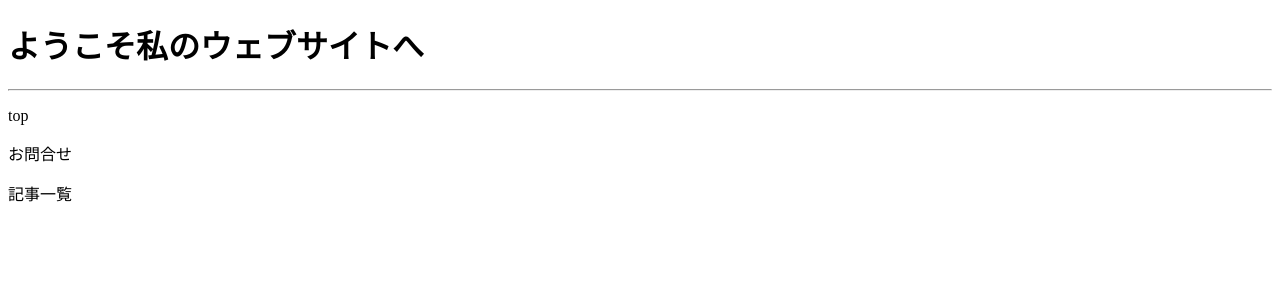
Repository: Jutta197/frontend726
Page: index.html
The author's editor kept a copy of each file at every save. The page is drawn from the files as they stood at one save, then again after the next save.
The browser window is 1280 px wide. The pictures show the whole page.

Above is the page before, as saved 2023-07-27 10:37:45.

After the next save:
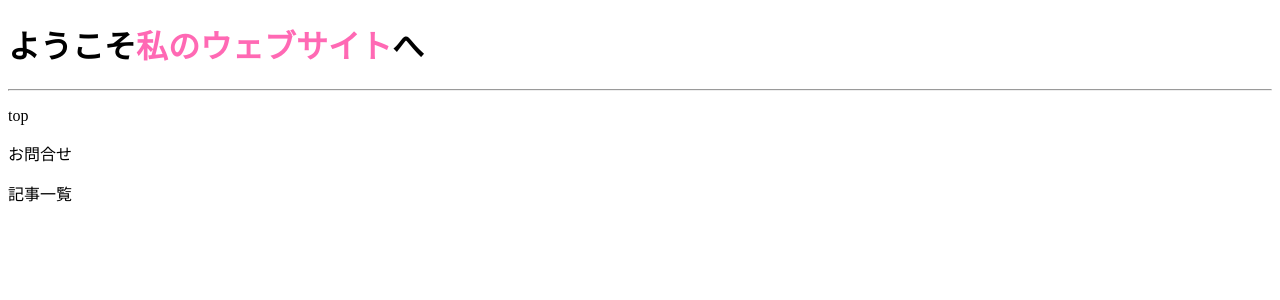
Saved 4 min 47 s later.
--- a/index.html
+++ b/index.html
@@ -9,7 +9,7 @@
 </head>
 
 <body>
-    <h1>ようこそ私のウェブサイトへ</h1>
+    <h1>ようこそ<span style="color: hotpink;">私のウェブサイト</span>へ</h1>
     <hr>
     <p>top</p>
     <p>お問合せ</p>
